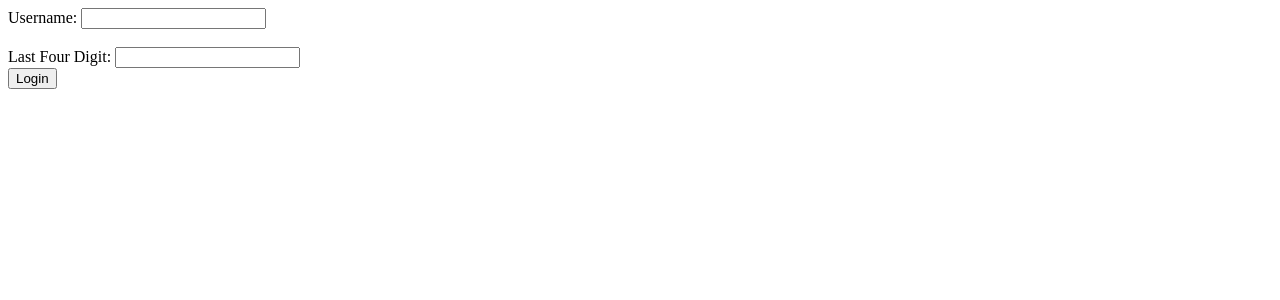
Repository: AjitChaudhari3003/FirstBit
Page: JAVA/Creditcard/src/main/webapp/index.html
The author's editor kept a copy of each file at every save. The page is drawn from the files as they stood at one save, then again after the next save.
The browser window is 1280 px wide. The pictures show the whole page.

Above is the page before, as saved 2025-05-14 02:38:03.

### JAVA/Creditcard/src/main/webapp/index.html
<!DOCTYPE html>
<html>
<head>
    <meta charset="UTF-8">
    <title>Login Page</title>
</head>
<body>
    <form action="credit" method="get">
        Username: <input type="text" name="name"><br><br>
        Last Four Digit: <input type="number" name="last_four_digit"><br>
        <input type="submit" value="Login">
    </form>
</body>
</html>

After the next save:
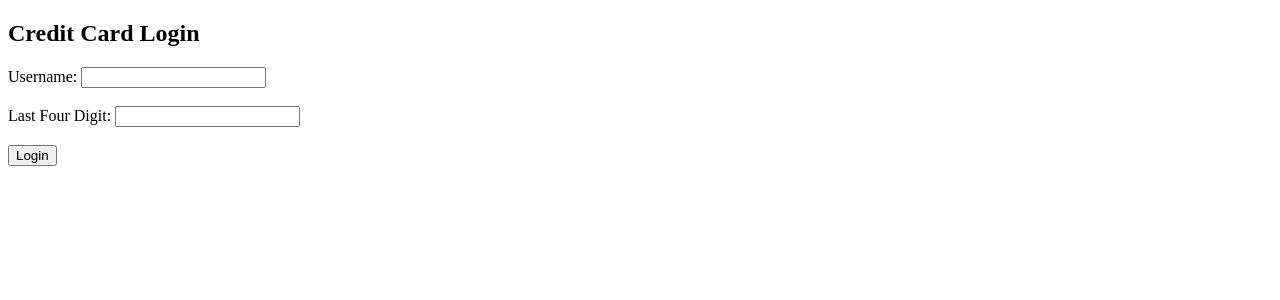
Saved 8 min 5 s later.
--- a/JAVA/Creditcard/src/main/webapp/index.html
+++ b/JAVA/Creditcard/src/main/webapp/index.html
@@ -5,9 +5,10 @@
     <title>Login Page</title>
 </head>
 <body>
+    <h2>Credit Card Login</h2>
     <form action="credit" method="get">
         Username: <input type="text" name="name"><br><br>
-        Last Four Digit: <input type="number" name="last_four_digit"><br>
+        Last Four Digit: <input type="number" name="last_four_digit"><br><br>
         <input type="submit" value="Login">
     </form>
 </body>
